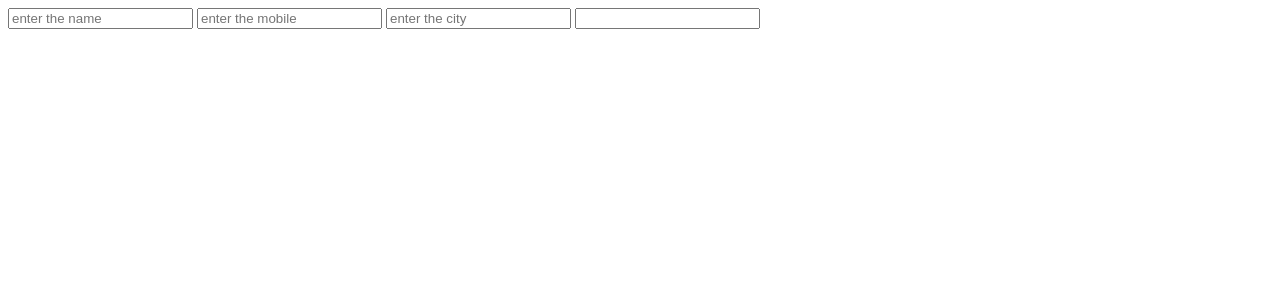
Repository: Nitin-Kalshetty/Training_Java
Page: http://localhost/SecretMessage/register
These files come from the project's save history. The page is drawn as it stood at one moment and after the next save; the edit follows.
The browser window is 1280 px wide. The pictures show the whole page.
The page is served by Tomcat 9.

Above is the page before, as saved 2023-05-31 12:57:06.

After the next save:
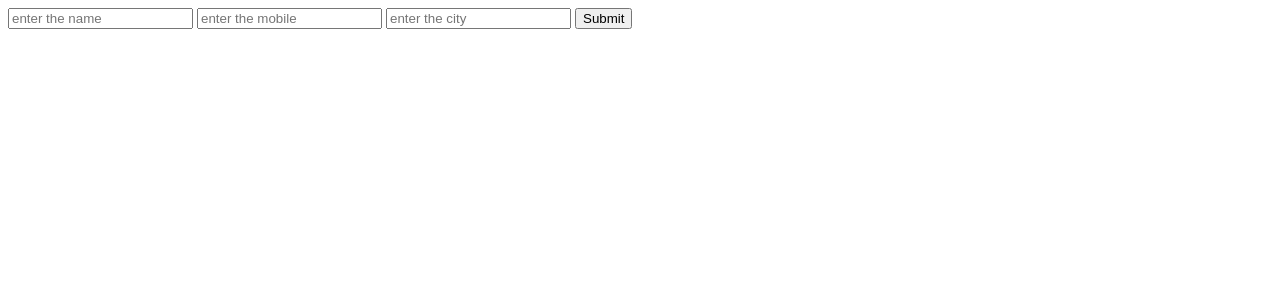
Saved 48 s later.
--- a/SecretMessage/src/main/webapp/WEB-INF/views/register.jsp
+++ b/SecretMessage/src/main/webapp/WEB-INF/views/register.jsp
@@ -12,7 +12,7 @@
 		<spring:input path="name" placeholder="enter the name" />
 		<spring:input path="mobile" placeholder="enter the mobile" />
 		<spring:input path="city" placeholder="enter the city" />
-		<spring:input path="" />
+		<input type="submit" value="Submit" />
 	</spring:form>
 
 </body>
